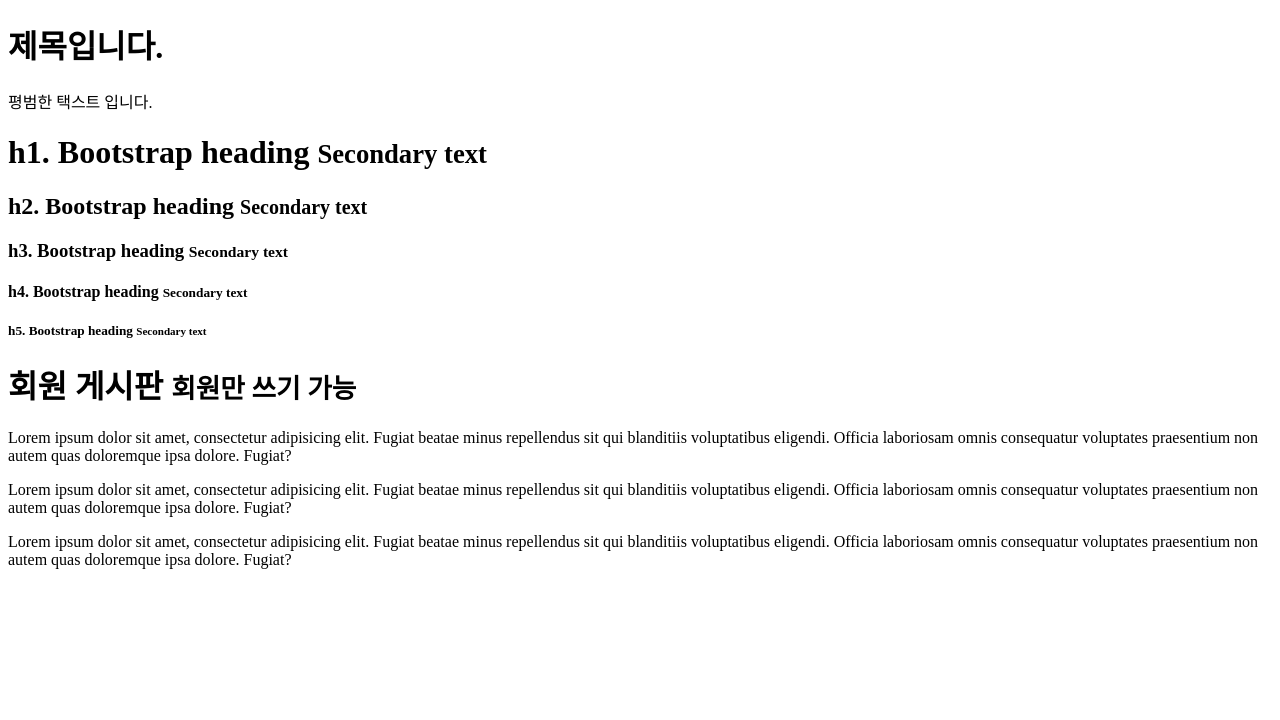
Repository: park-nahyun/BootstrapStudy
Page: BootstrapWork/WebContent/BootEx01.html
These files come from the project's save history. The page is drawn as it stood at one moment and after the next save; the edit follows.
The browser window is 1280 px wide. The pictures show the whole page.

Above is the page before, as saved 2021-07-01 03:05:40.

After the next save:
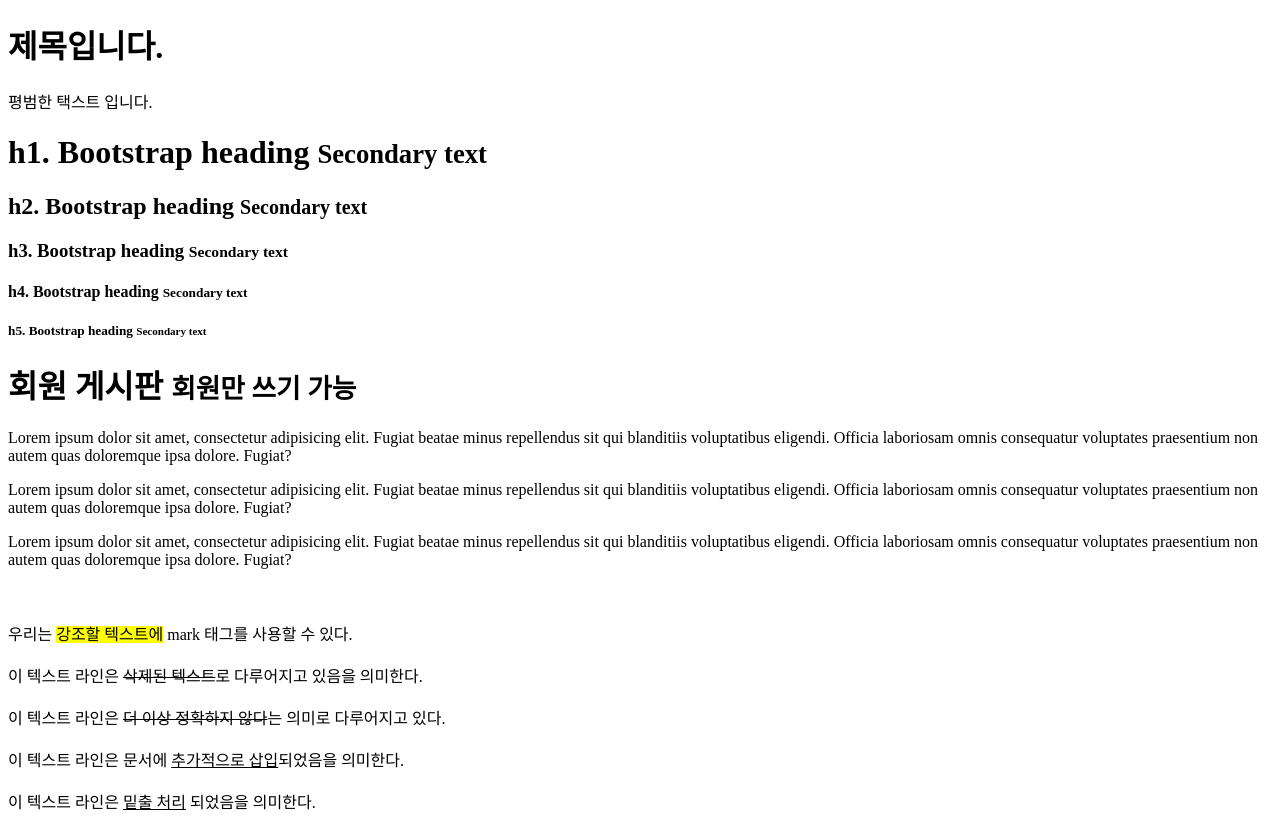
Saved 107 s later.
--- a/BootstrapWork/WebContent/BootEx01.html
+++ b/BootstrapWork/WebContent/BootEx01.html
@@ -29,5 +29,17 @@
 		beatae minus repellendus sit qui blanditiis voluptatibus eligendi.
 		Officia laboriosam omnis consequatur voluptates praesentium non autem
 		quas doloremque ipsa dolore. Fugiat?</p>
-</body>
+
+	<br><br>
+
+	우리는 <mark>강조할 텍스트에</mark> mark 태그를 사용할 수 있다.<br><br>
+
+	이 텍스트 라인은 <del>삭제된 텍스트</del>로 다루어지고 있음을 의미한다.<br><br>
+
+	이 텍스트 라인은 <s>더 이상 정확하지 않다</s>는 의미로 다루어지고 있다.<br><br>
+
+	이 텍스트 라인은 문서에 <ins>추가적으로 삽입</ins>되었음을 의미한다.<br><br>
+
+	이 텍스트 라인은 <u>밑출 처리</u> 되었음을 의미한다.<br><br>
+ </body>
 </html>
